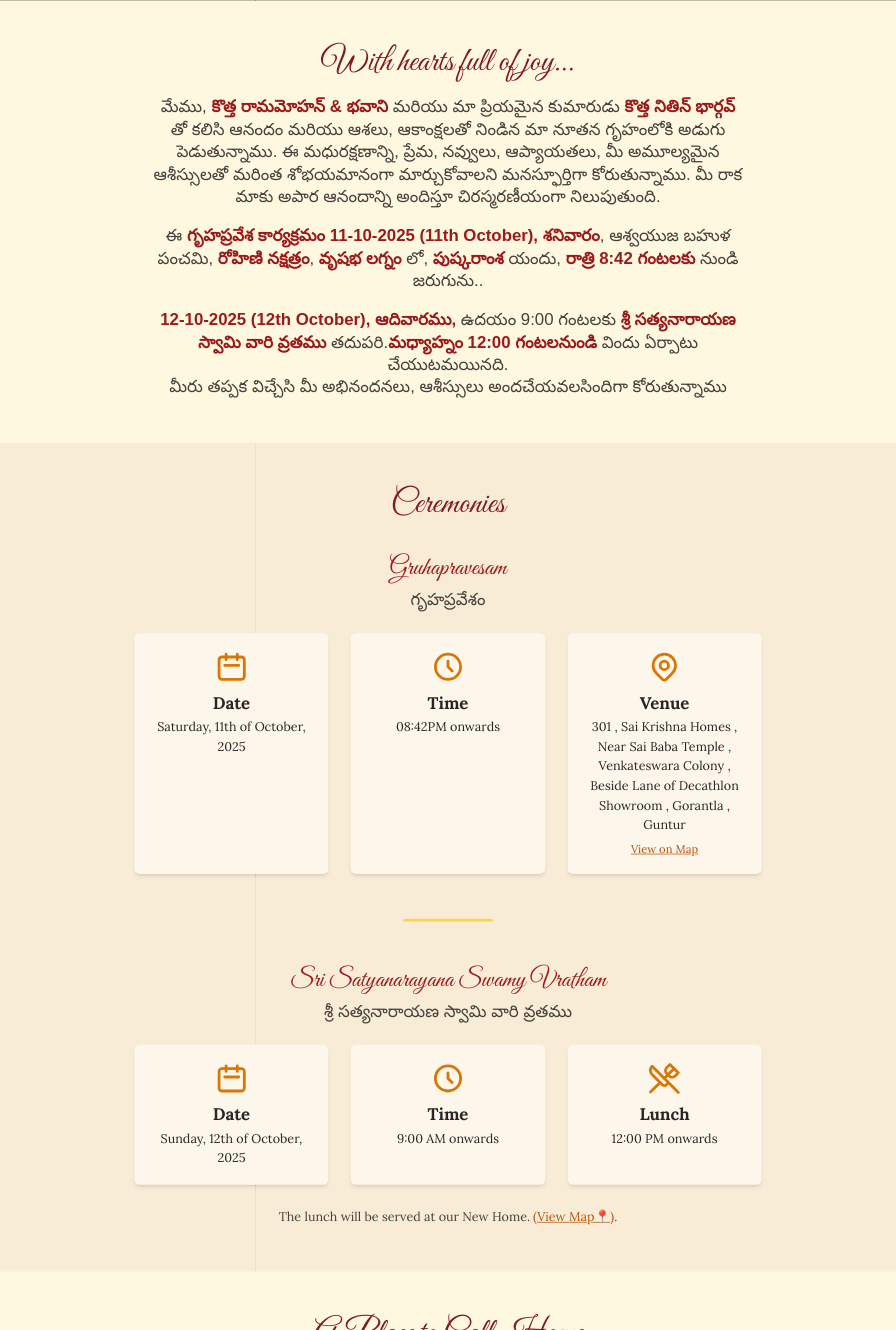
Repository: Dhakshin2007/house_warming_ceremony
Page: /
The author's editor kept a copy of each file at every save. The page is drawn from the files as they stood at one save, then again after the next save.
The browser window is 1280 px wide. The pictures show the part of the page from y = 512 to 2412 px (the page is 3548 px tall), at 70% of full size.
Some web fonts or font styles are not loaded; a fallback is used. Some web libraries are served in a nearby version. The project was rebuilt for these pictures with package versions that can differ from the ones it lists, and the page was loaded fresh each time. Also part of the build but not shown: vite.config.ts.

Above is the page before, as saved 2025-10-04 00:33:43.

After the next save:
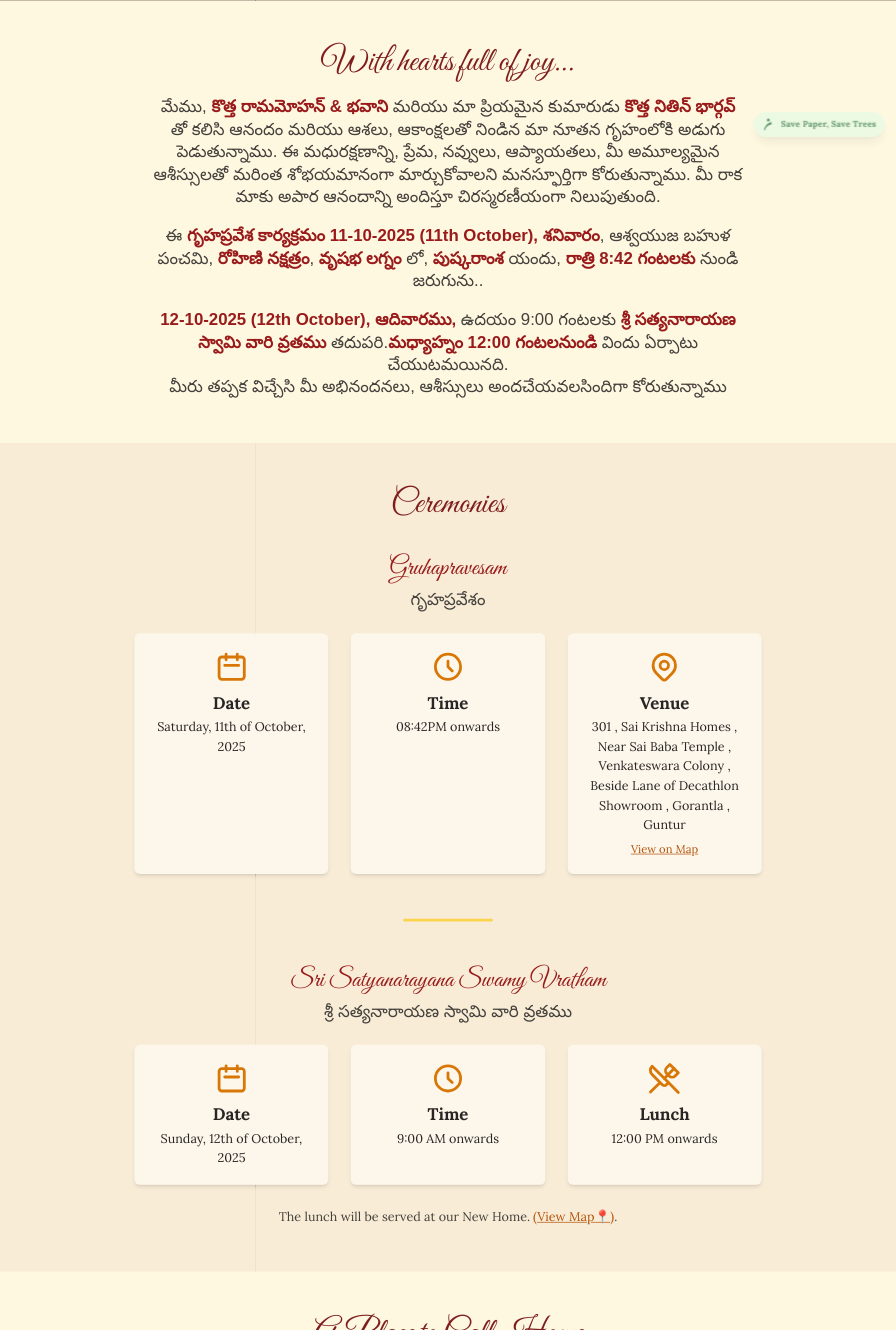
Saved 41 s later.
--- a/components/EcoFriendlyLogo.tsx
+++ b/components/EcoFriendlyLogo.tsx
@@ -5,7 +5,7 @@ const EcoFriendlyLogo: React.FC = () => {
   return (
     <div
       className="fixed bottom-4 right-4 z-20 flex items-center py-2 px-3 bg-green-100/80 text-green-800 rounded-full shadow-lg backdrop-blur-sm animate-fadeIn"
-      style={{ animationDelay: '2s' }} // Delay to appear after page content is visible
+      style={{ animationDelay: '0.5s' }} // Delay to appear after page content is visible
       role="complementary"
       aria-label="Save Paper, Save Trees reminder"
     >
